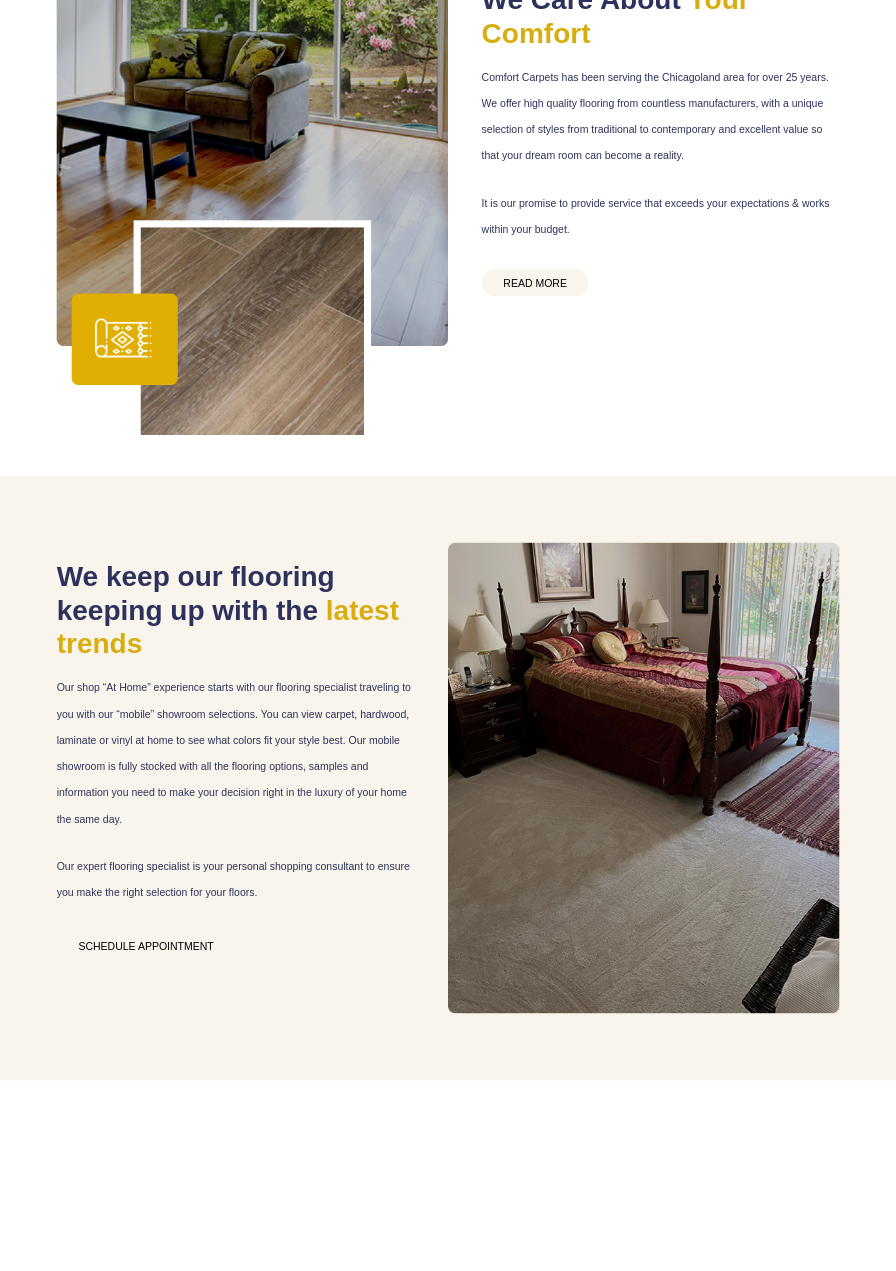
Repository: Ab-dur-Rehman/sscaseFolders
Page: index.html
The author's editor kept a copy of each file at every save. The page is drawn from the files as they stood at one save, then again after the next save.
The browser window is 1280 px wide. The pictures show the part of the page from y = 1108 to 3028 px (the page is 2924 px tall before and 3028 px after), at 70% of full size.
Some web fonts or font styles are not loaded; a fallback is used.

Above is the page before, as saved 2022-12-26 11:37:53.

### index.html
<!doctype html>
<html lang="en">
  <head>
    <meta charset="utf-8">
    <meta name="viewport" content="width=device-width, initial-scale=1">
    <!-- Bootstrap CSS -->
    <link href="https://cdn.jsdelivr.net/npm/bootstrap@5.0.2/dist/css/bootstrap.min.css" rel="stylesheet" integrity="sha384-EVSTQN3/azprG1Anm3QDgpJLIm9Nao0Yz1ztcQTwFspd3yD65VohhpuuCOmLASjC" crossorigin="anonymous">
    <!-- Custom CSS -->
    <link rel="stylesheet" href="assets/css/style.css">
    <!-- FontAwesome -->
    <link rel="stylesheet" href="https://cdnjs.cloudflare.com/ajax/libs/font-awesome/6.2.1/css/all.min.css" integrity="sha512-MV7K8+y+gLIBoVD59lQIYicR65iaqukzvf/nwasF0nqhPay5w/9lJmVM2hMDcnK1OnMGCdVK+iQrJ7lzPJQd1w==" crossorigin="anonymous" referrerpolicy="no-referrer" />
    <!-- JQuery -->
    <script src="https://code.jquery.com/jquery-3.6.1.min.js" integrity="sha256-o88AwQnZB+VDvE9tvIXrMQaPlFFSUTR+nldQm1LuPXQ=" crossorigin="anonymous"></script>
    <!-- Bootstrap JS -->
    <script src="https://cdn.jsdelivr.net/npm/bootstrap@5.0.2/dist/js/bootstrap.bundle.min.js" integrity="sha384-MrcW6ZMFYlzcLA8Nl+NtUVF0sA7MsXsP1UyJoMp4YLEuNSfAP+JcXn/tWtIaxVXM" crossorigin="anonymous"></script>
    <!-- Custom Scripts -->
    <script type="module" src="assets/js/script.js"></script>

    <title>Comfort Carpets</title>
  </head>
  <body>
    <div class="col-lg-12 mx-auto main-wrapper">

      <header class="py-3 px-5 header-top">
        <div class="header-top-inner row gx-0 max-content d-flex flex-row align-items-center">
          <div class="col-md-3 logo-top mx-0 px-0">
            <a href="#"><img src="assets/images/logo.png" alt="logo"/></a>
          </div>
          <div class="col-md-9 header-left mx-0 px-0 py-0">
            <div class="top-call-info">
              <div class="top-call-info-inner d-flex flex-row justify-content-end align-items-center">
                <div class="top-call-info-inner-left px-4 d-flex flex-row align-items-center">
                  <i class="fa fa-volume-control-phone" aria-hidden="true"></i>
                  <span class="call-text px-2">Call or Text: </span>
                  <span class="call-number">847-327-9910</span>
                </div>
                <div class="top-call-info-inner-right">
                  <button type="button" class="btn btn-appointment">Schedule Appointment</button>
                </div>
              </div>
            </div>
            <div class="main-nav-wrapper">
              <nav class="navbar navbar-expand-lg navbar-light">
                <div class="container-fluid justify-content-end">
                  <button class="navbar-toggler" type="button" data-bs-toggle="collapse" data-bs-target="#navbarNav" aria-controls="navbarNav" aria-expanded="false" aria-label="Toggle navigation">
                    <span class="navbar-toggler-icon"></span>
                  </button>
                  <div class="collapse navbar-collapse justify-content-end" id="navbarNav">
                    <ul class="navbar-nav text-end">
                      <li class="nav-item">
                        <a class="nav-link active" aria-current="page" href="#">Home</a>
                      </li>
                      <li class="nav-item">
                        <a class="nav-link" href="#">Flooring</a>
                      </li>
                      <li class="nav-item">
                        <a class="nav-link" href="#">Carpet Repair</a>
                      </li>
                      <li class="nav-item">
                        <a class="nav-link" href="#">Resources</a>
                      </li>
                      <li class="nav-item">
                        <a class="nav-link" href="#">Gallery</a>
                      </li>
                      <li class="nav-item">
                        <a class="nav-link" href="#">Reviews</a>
                      </li>
                      <li class="nav-item">
                        <a class="nav-link" href="#">FAQ's</a>
                      </li>
                      <li class="nav-item">
                        <a class="nav-link" href="#">Contact Us</a>
                      </li>
                    </ul>
                  </div>
                </div>
              </nav>
            </div>
          </div>
        </div>
        <div class="header-bottom row gx-0 max-content d-flex flex-row align-items-center py-5 my-3">
          <div class="col-lg-6 banner-text mx-0 px-0">
            <div class="banner-text-inner">
              <h4 class="banner-title">All the latest trends and styles</h4>
              <p class="banner-sub">We keep our flooring as current as possible keeping up with the latest trends and styles.</p>
              <div class="top-call-info-inner-right">
                <button type="button" class="btn btn-appointment">Schedule Appointment</button>
              </div>
          </div>
          <div class="col-lg-6 mx-0 px-0"></div>
        </div>
      </header>
      <div class="header-bottom col-lg-12 mx-auto main-content-2">
        <div class="row gx-0 d-flex flex-row align-items-center py-5 my-3">
          <div class="tab-wrapper col-3 m-1">
            <div class="tab-price d-flex flex-row align-items-center">
              <sup>$</sup>150<span>00</br>OFF</span>
            </div>
            <span>Any Carpet Orders</span>
            <span>750 SQ. FT. or more.</span>
          </div>
          <div class="tab-wrapper col-3 m-1">
            <div class="tab-price d-flex flex-row align-items-center">
              <sup>$</sup>150<span>00</br>OFF</span>
            </div>
            <span>Any Carpet Orders</span>
            <span>750 SQ. FT. or more.</span>
          </div>
          <div class="tab-wrapper col-3 m-1">
            <div class="tab-price d-flex flex-row align-items-center">
              <sup>$</sup>75<span>00</br>OFF</span>
            </div>
            <span>Any Carpet Orders</span>
            <span>750 SQ. FT. or more.</span>
          </div>
          <div class="tab-wrapper col-3 m-1">
            <div class="tab-price d-flex flex-row align-items-center">
              <sup>$</sup>150<span>00</br>OFF</span>
            </div>
            <span>Any Carpet Orders</span>
            <span>750 SQ. FT. or more.</span>
          </div>
        </div>
      </div>
      <!-- <content class="col-12 main-content"> -->
      <content>
        <div class="content-top">
          <div class="row gx-0 d-flex flex-row align-items-top py-5 px-3 mx-auto main-content-2">
            <div class="cont-1-pic col-md-6">
              <img src="assets/images/about.png" alt="Cont-1-pic"/>
            </div>
            <div class="cont-1-text col-md-6 my-4">
              <div class="cont-1-text-inner p-text ps-md-5">
                <h1 class="h1">We Care About <span>Your Comfort</span></h1>
                <p>Comfort Carpets has been serving the Chicagoland area for over 25 years. We offer high quality flooring from countless manufacturers, with a unique selection of styles from traditional to contemporary and excellent value so that your dream room can become a reality.</p>
                <p>It is our promise to provide service that exceeds your expectations & works within your budget.</p>
                <button type="button" class="btn btn-read-more mt-2">Read More</button>
              </div>
            </div>
          </div>
        </div>
        <div class="content-2-wrapper py-5">
          <div class="row gx-0 d-flex flex-row flex-row-reverse align-items-top py-5 px-3 mx-auto main-content-2">
            <div class="cont-2-pic col-md-6">
              <img src="assets/images/3.png" alt="Cont-2-pic"/>
            </div>
            <div class="cont-2-text col-md-6 mt-4">
              <div class="cont-2-text-inner p-text pe-md-5">
                <h1 class="h1">We keep our flooring keeping up with the <span>latest trends</span></h1>
                <p>Our shop “At Home” experience starts with our flooring specialist traveling to you with our “mobile” showroom selections. You can view carpet, hardwood, laminate or vinyl at home to see what colors fit your style best. Our mobile showroom is fully stocked with all the flooring options, samples and information you need to make your decision right in the luxury of your home the same day.</p>
                <p>Our expert flooring specialist is your personal shopping consultant to ensure you make the right selection for your floors.</p>
                <button type="button" class="btn btn-read-more mt-2">Schedule Appointment</button>
              </div>
            </div>
          </div>
        </div>
        <div class="content-3-wrapper py-5">
          <div class="row gx-0 py-5 px-3 mx-auto main-content-3">

          </div>
        </div>
      </content>
      <footer class="row gx-0 py-3 px-5 footer-wrapper text-center mt-5">

      </footer>
    </div>
  </body>
</html>

### assets/css/style.css
@import url('https://fonts.googleapis.com/css2?family=Amiko:wght@400;600;700&family=Chivo:wght@400;500;600;700&display=swap');


img { width:100%;}
/* body { color:#fff;} */

/* font-family: 'Amiko', sans-serif;
font-family: 'Chivo', sans-serif; */

.logo-top img {
    max-width: 242px;
}
.max-content {
    max-width: 1200px;
    margin: 0 auto;
    width: 100%;
}
.main-content-2 {
    max-width: 1150px;
    margin: 0 auto;
    width: 100%;
}
.header-top {
    background:url(../images/bnr.png);
    background-position: top center;
    background-repeat: no-repeat;
    background-size:cover;
}
.btn-appointment {
    background: #e1af02;
    color: #000;
    font-family: 'Amiko', sans-serif;
    padding: 12px 20px 10px 20px;
    border-radius: 5px;
    font-size: 16px;
    font-weight: 500;
    border-radius: 40px;
    line-height: 1;
}
.call-text {
    font-size: 15px;
    font-weight: 400;
    font-family: 'Amiko', sans-serif;
    color: #fff;
}
.call-number {
    font-size: 20px;
    font-weight: 500;
    font-family: 'Chivo', sans-serif;
    color: #fff;
}
.nav-link {
    font-size: 15px;
    font-weight: 400;
    font-family: 'Amiko', sans-serif;
    color: #fff!important;
}

.banner-title {
    font-size: 17px;
    font-weight: 500;
    font-family: 'Amiko', sans-serif;
    color: #fff;
    line-height: 1;
    text-transform: uppercase;
    text-shadow: 2px 2px 2px #777371;
}
.banner-sub {
    font-size: 45px;
    font-weight: 400;
    font-family: 'Chivo', sans-serif;
    color: #fff;
    line-height: 1.2;
    text-shadow: 2px 2px 2px #777371;
}
.tab-wrapper {
    border: 10px solid transparent;
    padding: 15px;
    /* border-image: url(../images/31.png) 4% round; */
    /* border-image-outset: 10px 5px 15px 5px; */
    /* border-image-slice: 70; */
    /* border-image-source:url('../images/31.png');
    border-image-repeat: stretch;
    border-image-slice: 30;
    border-image-width: 50px;
    border-image-outset: 10px; */

    border: 16px solid transparent;
	border-image: 16 repeating-linear-gradient(45deg, #656461 0, #656461 1em, transparent 0, transparent 2em, #656461 0, #656461 3em, transparent 0, transparent 4em);

}

.p-text h1 {
    /* font-size: 45px; */
    font-weight: 800;
    font-family: 'Chivo', sans-serif;
    color: #2c325b;
    margin-bottom: 20px;
}
.p-text h1 span {
    color: #d9ac0f;
}
.p-text p {
    font-size: 15px;
    font-weight: 400;
    font-family: 'Amiko', sans-serif;
    color: #2c325b;
    line-height: 2.5;
    margin-bottom: 30px;
}

.btn-read-more {
    background: #f9f5ed;
    color: #000;
    font-family: 'Amiko', sans-serif;
    padding: 12px 30px 10px 30px;
    border-radius: 5px;
    font-size: 15px;
    font-weight: 500;
    border-radius: 40px;
    line-height: 1;
    text-transform: uppercase;
}
.content-2-wrapper {
    background: #f9f5ed;
}
.main-content-3 {
    max-width: 1000px;
    margin: 0 auto;
    width: 100%;
}


/* //Responsive */

@media only screen and (max-width: 1350px) {

}

@media only screen and (max-width: 1262px) and (min-width: 1024px) {

}
@media only screen and (max-width: 1023px) {

}
@media only screen and (max-width: 982px) {

}
@media only screen and (max-width: 685px) {

}
@media only screen and (max-width: 576px) {

}

### assets/js/script.js
//doughnut
// var ctxD = document.getElementById("doughnutChart").getContext('2d');
// var ctxD2 = document.getElementById("doughnutChart2").getContext('2d');
// var myLineChart = new Chart(ctxD, {
//   type: 'doughnut',
//   data: {
//     labels: ["Red", "Green"],
//     datasets: [{
//       data: [25, 75],
//       backgroundColor: ["#F7464A", "#46BFBD"],
//       hoverBackgroundColor: ["#FF5A5E", "#5AD3D1"]
//     }]
//   },
//   options: {
//   	responsive: true
//   }
// });

// var myLineChart2 = new Chart(ctxD2, {
//     type: 'doughnut',
//     data: {
//       labels: ["Red", "Green"],
//       datasets: [{
//         data: [25, 75],
//         backgroundColor: ["#F7464A", "#46BFBD"],
//         hoverBackgroundColor: ["#FF5A5E", "#5AD3D1"]
//       }]
//     },
//     options: {
//         responsive: true
//     }
//   });

$(".option-icon-right input:checkbox").change(function(){
    $(this).closest("li").toggleClass('selected', this.checked);
    $('li.selected .option-icon-right label span').text('On');
    $('li:not(.selected) .option-icon-right label span').text('Off');
});

After the next save:
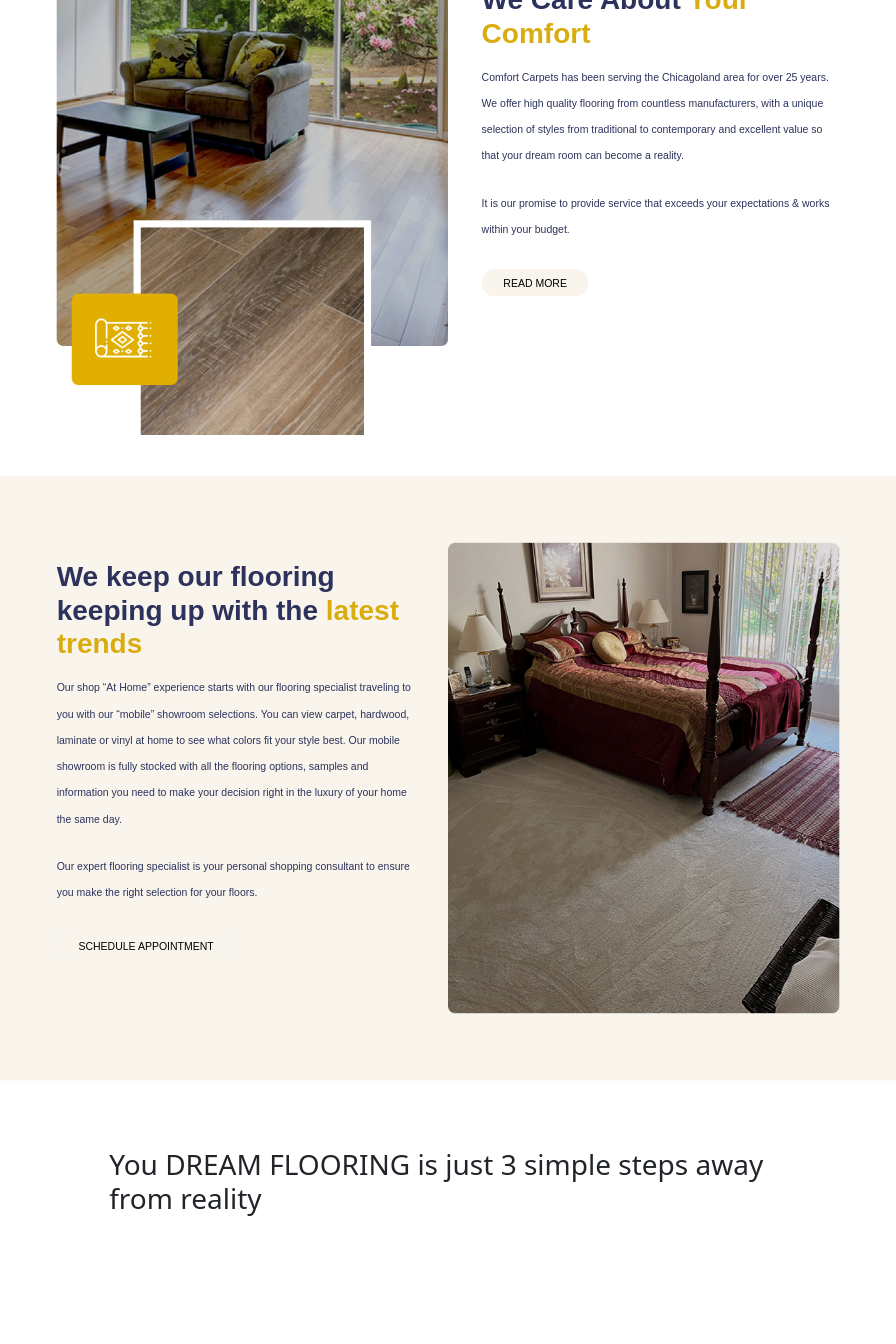
Saved 2 min 45 s later.
--- a/index.html
+++ b/index.html
@@ -156,7 +156,7 @@
         </div>
         <div class="content-3-wrapper py-5">
           <div class="row gx-0 py-5 px-3 mx-auto main-content-3">
-
+            <h1 class="h1">You DREAM FLOORING is just <span>3 simple steps</span> away from reality</h1>
           </div>
         </div>
       </content>
